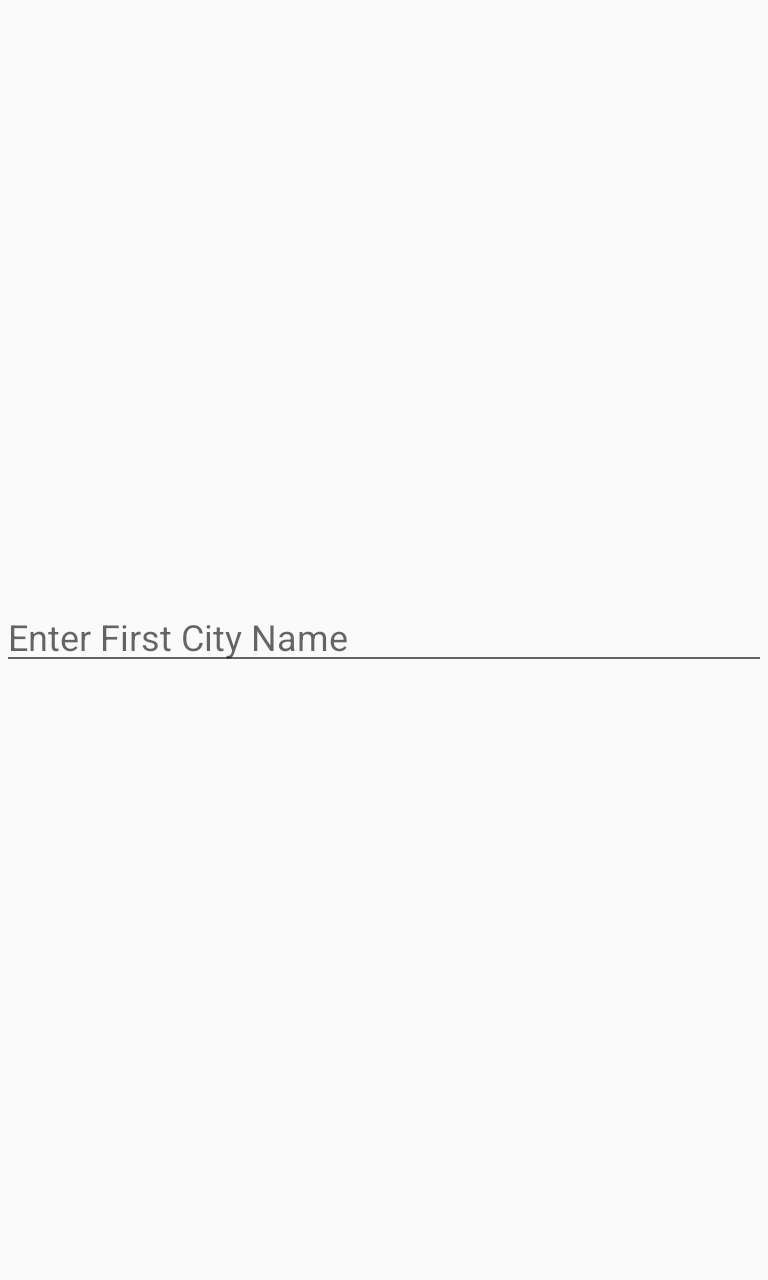
Repository: bhameamit/LeftShiftTask
Layout: LeftShiftTask/LeftShiftTak/res/layout/activity_main.xml
An editor plug-in stored every save of this project. The layout is shown before and after the next save, followed by the edit.
It is drawn on a 768 x 1280 px phone screen (xhdpi) without system bars, with theme AppTheme; the app's code is not run.

Above is the layout before, as saved 2015-02-17 16:18:51.

### LeftShiftTask/LeftShiftTak/res/layout/activity_main.xml
<LinearLayout xmlns:android="http://schemas.android.com/apk/res/android"
    xmlns:tools="http://schemas.android.com/tools"
    android:layout_width="match_parent"
    android:layout_height="match_parent"
    tools:context="com.example.leftshifttak.MainActivity" >

    <EditText
        android:id="@+id/city1"
        android:layout_width="match_parent"
        android:layout_height="wrap_content"
        android:hint="Enter First City Name" />

    <Button
        android:id="@+id/send_city"
        android:layout_width="match_parent"
        android:layout_height="match_parent"/>

</LinearLayout>

Loaded but not shown: LeftShiftTask/LeftShiftTak/res/values/styles.xml (common file); LeftShiftTask/LeftShiftTak/res/values-v11/styles.xml (common file); LeftShiftTask/LeftShiftTak/res/values-v14/styles.xml (common file)

After the next save:
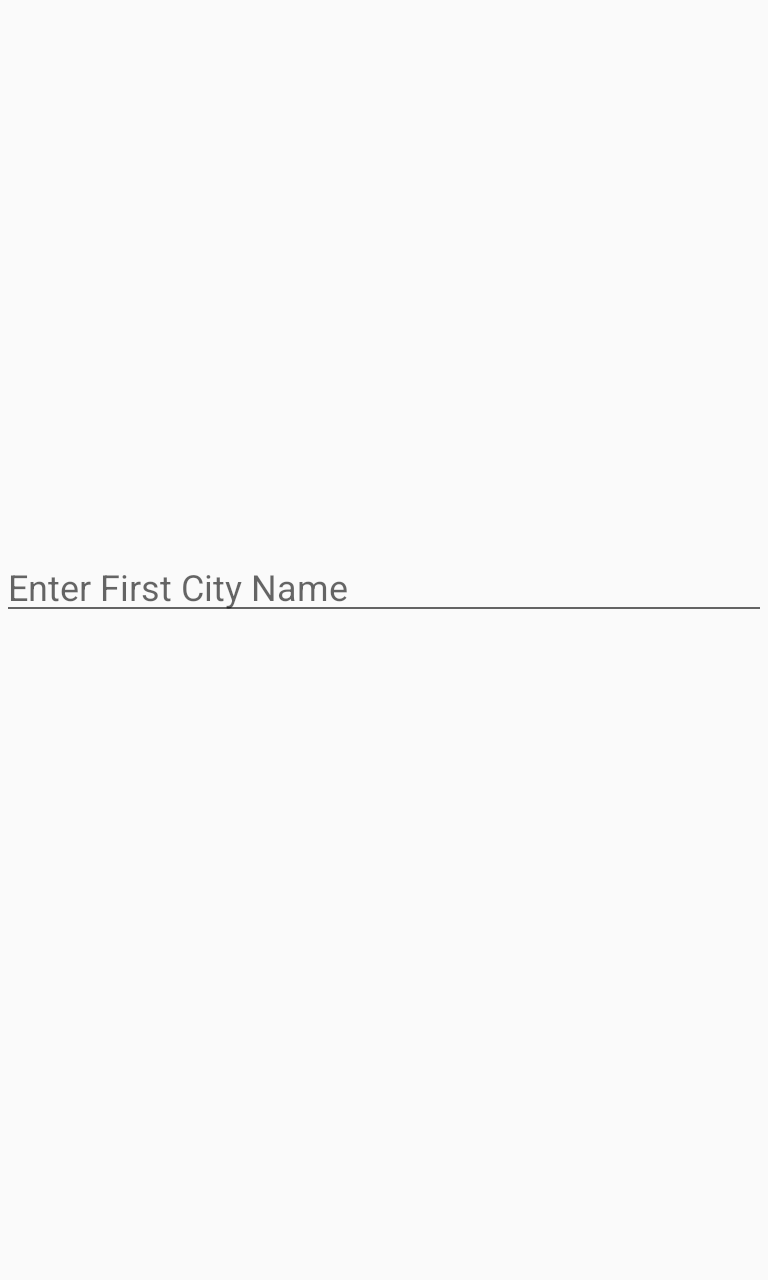
Saved 6 s later.
--- a/LeftShiftTask/LeftShiftTak/res/layout/activity_main.xml
+++ b/LeftShiftTask/LeftShiftTak/res/layout/activity_main.xml
@@ -13,6 +13,7 @@
     <Button
         android:id="@+id/send_city"
         android:layout_width="match_parent"
-        android:layout_height="match_parent"/>
+        android:layout_height="match_parent"
+        android:text="Send"/>
 
 </LinearLayout>
